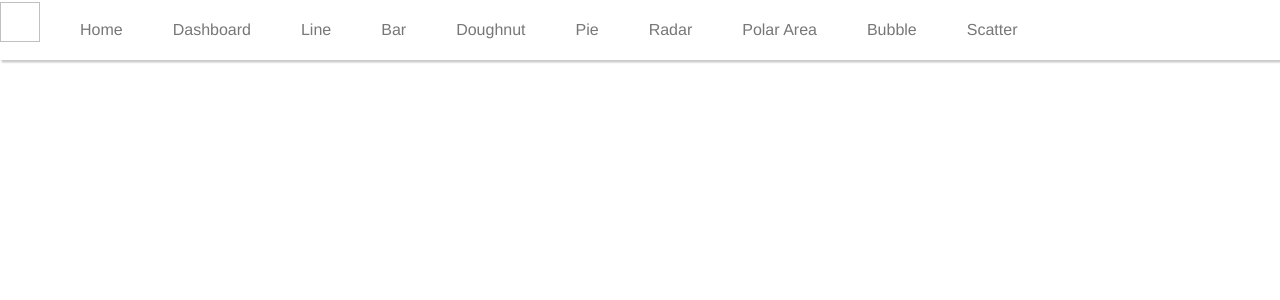
Repository: nashthecoder/vue_learn
Page: /dashboard (app in client/)
An editor plug-in stored every save of this project. The page is shown before and after a run of saves, followed by the edit.
The browser window is 1280 px wide. The pictures show the whole page.
The project was rebuilt for these pictures with package versions that can differ from the ones it lists, and the page was loaded fresh each time. Imported but missing from the stored project, and not drawn on this page: client/src/views/Home.vue.

Above is the page before, as saved 2020-12-24 22:39:36.

### client/public/index.html
<!DOCTYPE html>
<html lang="en">
  <head>
    <meta charset="utf-8">
    <meta http-equiv="X-UA-Compatible" content="IE=edge">
    <meta name="viewport" content="width=device-width,initial-scale=1.0">
    <link rel="icon" href="<%= BASE_URL %>favicon.ico">
    <title>Visualizations</title>
  </head>
  <body>
    <noscript>
      <strong>We're sorry but client doesn't work properly without JavaScript enabled. Please enable it to continue.</strong>
    </noscript>
    <div id="app"></div>
    <!-- built files will be auto injected -->
  </body>
</html>

### client/src/main.js
import Vue from "vue";
import App from "./App.vue";
import "bootstrap/dist/css/bootstrap.css";
import router from "./router";

Vue.config.productionTip = false;

new Vue({
  router,
  render: h => h(App)
}).$mount("#app");

### client/src/App.vue
<template>
  <div id="app">
    <ResponsiveNav
      :nav-links="navLinks"
      background="#fff"
      link-color="#777"
      hoverBackground="#ddd"
    />
    <router-view />
  </div>
</template>
<script>
import ResponsiveNav from "@/components/ResponsiveNav";
export default {
  components: {
    ResponsiveNav
  },
  data: () => ({
    navLinks: [
      {
        text: "Home",
        path: "/"
      },
      {
        text: "Dashboard",
        path: "/dashboard"
      },
      {
        text: "Line",
        path: "/line"
      },
      {
        text: "Bar",
        path: "/bar"
      },
      {
        text: "Doughnut",
        path: "/doughnut"
      },
      {
        text: "Pie",
        path: "/pie"
      },
      {
        text: "Radar",
        path: "/radar"
      },
      {
        text: "Polar Area",
        path: "/polar-area"
      },
      {
        text: "Bubble",
        path: "/bubble"
      },
      {
        text: "Scatter",
        path: "/scatter"
      }
    ]
  })
};
</script>
<style>
body {
  margin: 0;
}
#app {
  font-family: "Avenir", Helvetica, Arial, sans-serif;
  -webkit-font-smoothing: antialiased;
  -moz-osx-font-smoothing: grayscale;
  text-align: center;
  color: #2c3e50;
}
#nav {
  padding: 30px;
}

#nav a {
  font-weight: bold;
  color: #2c3e50;
}

#nav a.router-link-exact-active {
  color: #42b983;
}
</style>

### client/src/router.js
import Vue from "vue";
import VueRouter from "vue-router";
import Home from "./views/Home.vue";

Vue.use(VueRouter);

const routes = [
  {
    path: "/",
    name: "Home",
    component: Home
  },
  {
    path: "/dashboard",
    name: "Dashboard",
    component: () => import("./views/Dashboard.vue")
  },
  {
    path: "/line",
    name: "Line",
    component: () => import("./views/Line.vue")
  },
  {
    path: "/bar",
    name: "Bar",
    component: () => import("./views/Bar.vue")
  },
  {
    path: "/doughnut",
    name: "Doughnut",
    component: () => import("./views/Doughnut.vue")
  },
  {
    path: "/pie",
    name: "Pie",
    component: () => import("./views/Pie.vue")
  },
  {
    path: "/radar",
    name: "Radar",
    component: () => import("./views/Radar.vue")
  },
  {
    path: "/polar-area",
    name: "PolarArea",
    component: () => import("./views/PolarArea.vue")
  },
  {
    path: "/bubble",
    name: "Bubble",
    component: () => import("./views/Bubble.vue")
  },
  {
    path: "/scatter",
    name: "Scatter",
    component: () => import("./views/Scatter.vue")
  }
];
const router = new VueRouter({
  mode: "history",
  base: process.env.BASE_URL,
  routes
});

export default router;

### client/src/components/ResponsiveNav.vue
<template>
  <nav :style="{ background: background || '#333' }">
    <ul :style="{ background: background || '#333' }"ref="nav">
      <figure class="image-logo" @click="toggleNav">
        <img :src="imagePath" height="40px" width="40px" />
      </figure>
      <li
        v-for="(link, index) in navLinks" :key="index"
        @mouseenter="$event.currentTarget.style.background = hoverBackground || '#999'"
		  	@mouseleave="$event.currentTarget.style.background = background || '#333'"
        >
        <router-link
					:to="link.path"
					:style="{ color: linkColor || '#DDD' }"
				>
					{{ link.text }}
					<i :class="link.icon" />
				</router-link>
      </li>
    </ul>
  </nav>
</template>
<script>
export default {
	props: ['navLinks', 'background', 'linkColor', 'hoverBackground', 'imagePath'],
	methods: {
		toggleNav () {
			const nav = this.$refs.nav.classList
			nav.contains('active') ? nav.remove('active') : nav.add('active')
		}
	}
}
</script>

<style scoped lang="scss">
nav {
	height: 60px;
	width: 100%;
	box-shadow: 2px 2px 2px #CCC;
	ul {
		display: flex;
		height: 100%;
		align-items: center;
		margin-block-start: 0;
		margin-block-end: 0;
		padding-inline-start: 0;
		box-shadow: 2px 2px 2px #CCC;
		figure {
			cursor: pointer;
			margin-right: 10px;
		}
		a {
			text-decoration: none;
			display: flex;
			flex-direction: row-reverse;
			align-items: center;
		}
		i {
			margin-right: 10px;
			font-size: 22px;
		}
		li {
			list-style-type: none;
			padding: 10px 20px;
		}
	}
}
@media screen and (max-width: 759px) {
  nav {
    ul {
      position: absolute;
      width: 300px;
      flex-direction: column;
      left: -240px;
      transition: 300ms ease all;
      top: 60px;
      &.active {
        left: 0px;
      }
      figure {
        position: fixed;
        z-index: 1;
        top: 10px;
        left: 2px;
      }
      li {
        width: 100%;
        padding-left: 0;
        padding-right: 0;
      }
      a {
        flex-direction: row;
        margin-left: 20px;
        justify-content: space-between;
        margin-right: 13px;
      }
    }
  }
}
</style>

### client/src/views/Dashboard.vue
<template>
  <b-sidebar />
</template>

<script>
// import axios from "axios";
import { BSidebar } from "bootstrap-vue";

export default {
  components: {
    BSidebar
  },
  data() {
    return {};
  }
};
</script>

<style scoped></style>

After the next 4 saves:
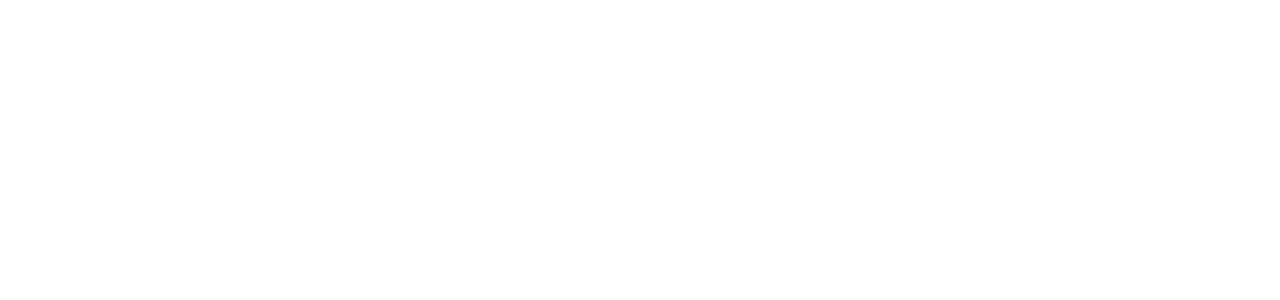
The 4 saves are shown as one change because 3 did not build or start.
The last was saved 106 s later.
--- a/client/src/components/ResponsiveNav.vue
+++ b/client/src/components/ResponsiveNav.vue
@@ -2,7 +2,7 @@
   <nav :style="{ background: background || '#333' }">
     <ul :style="{ background: background || '#333' }"ref="nav">
       <figure class="image-logo" @click="toggleNav">
-        <img :src="imagePath" height="40px" width="40px" />
+        <img :src="assets/chartjs.png" height="40px" width="40px" />
       </figure>
       <li
         v-for="(link, index) in navLinks" :key="index"

After the save that followed:
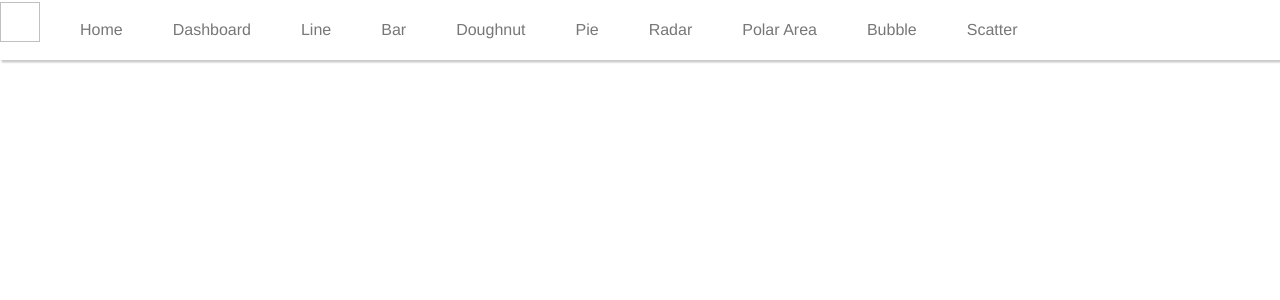
Saved 19 s later.
--- a/client/src/components/ResponsiveNav.vue
+++ b/client/src/components/ResponsiveNav.vue
@@ -2,7 +2,7 @@
   <nav :style="{ background: background || '#333' }">
     <ul :style="{ background: background || '#333' }"ref="nav">
       <figure class="image-logo" @click="toggleNav">
-        <img :src="assets/chartjs.png" height="40px" width="40px" />
+        <img :src="imagePath" height="40px" width="40px" />
       </figure>
       <li
         v-for="(link, index) in navLinks" :key="index"
